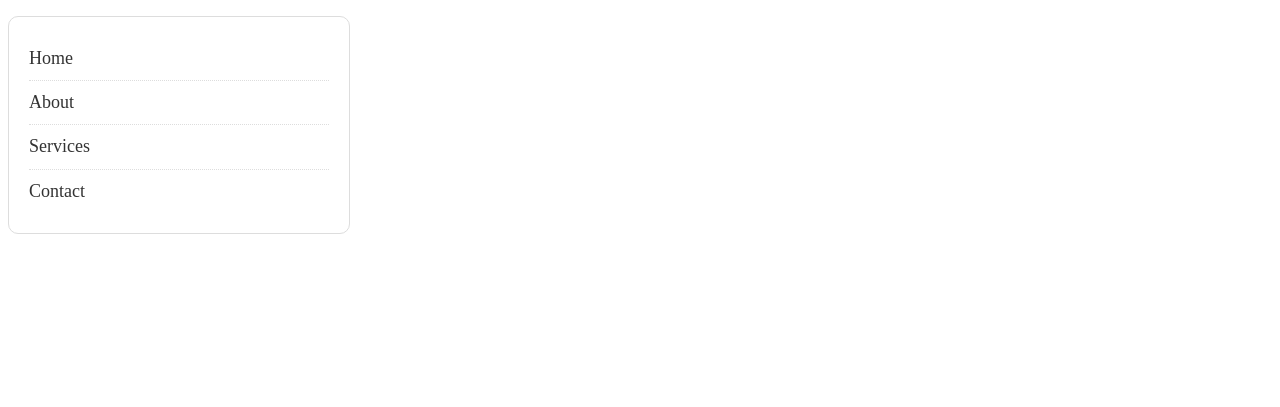
Repository: andiausrust/css-traversy
Page: menus/index.html
The author's editor kept a copy of each file at every save. The page is drawn from the files as they stood at one save, then again after the next save.
The browser window is 1280 px wide. The pictures show the whole page.

Above is the page before, as saved 2020-08-20 11:26:23.

### menus/index.html
<!DOCTYPE html>
<html lang="en">
    <head>
        <meta charset="UTF-8" />
        <meta name="viewport" content="width=device-width, initial-scale=1.0" />
        <link rel="stylesheet" href="./css/style.css" />
        <title>Menu Styling</title>
    </head>
    <body>
        <ul class="side-menu">
            <li><a href="#">Home</a></li>
            <li><a href="#">About</a></li>
            <li><a href="#">Services</a></li>
            <li><a href="#">Contact</a></li>
        </ul>
    </body>
</html>

### menus/css/style.css
.side-menu {
    list-style: none;
    border: 1px solid #ddd;
    border-radius: 10px;
    width: 300px;
    padding: 20px;
}

.side-menu li {
    font-size: 18px;
    line-height: 2.4em;
    border-bottom: dotted 1px #ddd;
}

.side-menu li:last-child {
    border-bottom: none;
}

.side-menu li a {
    color: #333;
    text-decoration: none;
}

.side-menu li a:hover {
    color: coral;
}

After the next save:
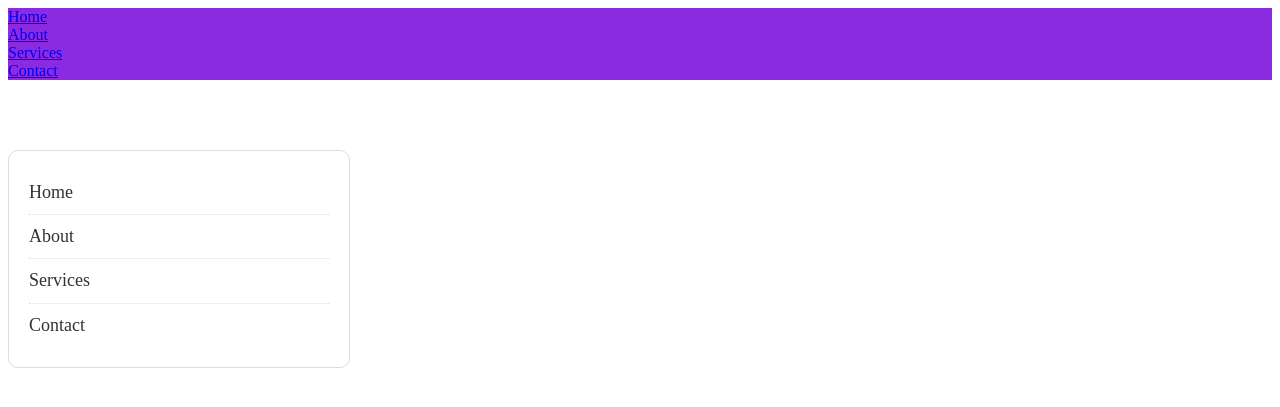
Saved 108 s later.
--- a/menus/index.html
+++ b/menus/index.html
@@ -7,6 +7,15 @@
         <title>Menu Styling</title>
     </head>
     <body>
+        <ul class="navbar">
+            <li><a href="#">Home</a></li>
+            <li><a href="#">About</a></li>
+            <li><a href="#">Services</a></li>
+            <li><a href="#">Contact</a></li>
+        </ul>
+        <br />
+        <br />
+        <br />
         <ul class="side-menu">
             <li><a href="#">Home</a></li>
             <li><a href="#">About</a></li>
--- a/menus/css/style.css
+++ b/menus/css/style.css
@@ -24,3 +24,11 @@
 .side-menu li a:hover {
     color: coral;
 }
+
+/* Navbar Styling */
+.navbar {
+    list-style: none;
+    margin: 0;
+    padding: 0;
+    background: blueviolet;
+}
